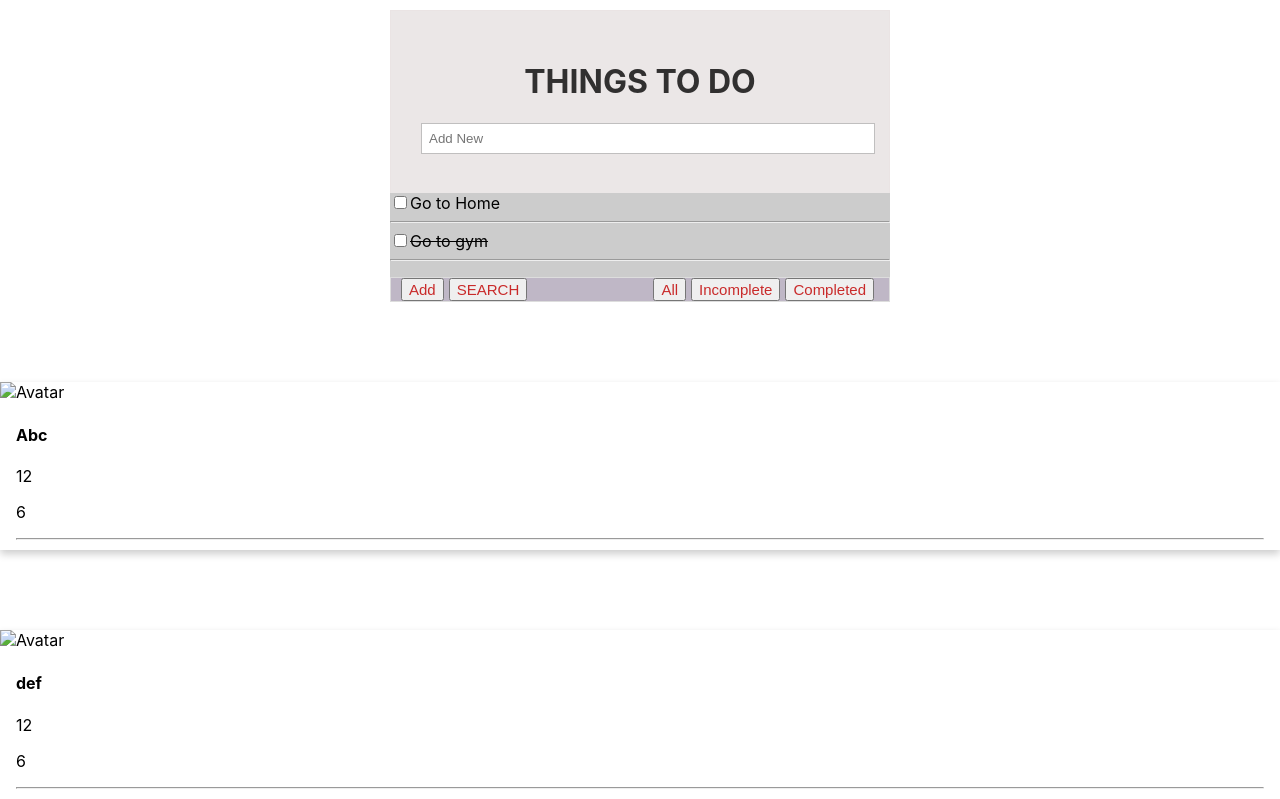
Repository: kirangautam45/To-Do-Application
Page: /
The author's editor kept a copy of each file at every save. The page is drawn from the files as they stood at one save, then again after a run of saves.
The browser window is 1280 px wide. The pictures show the whole page.
The project was rebuilt for these pictures with package versions that can differ from the ones it lists, and the page was loaded fresh each time.

Above is the page before, as saved 2022-08-12 11:46:23.

### src/App.js
import "./App.css";
import Tittle from "./components/Tittle";
import Input from "./components/Input";
import ToDoItem from "./components/ToDoItem";
import Footer from "./components/Footer";
import Cards from "./components/cards";
import React from "react";

const todos = [
  {
    task: "Go to Home",
    isCompleted: false,
  },
  {
    task: "Go to gym",
    isCompleted: true,
  },
];
const studentName = [
  { name: "Abc", rollNumber: 12, class: 6 },
  { name: "def", rollNumber: 12, class: 6 },
];

const App = () => {
  return (
    <>
      <div div className="Body">
        <div className="To_Body">
          <Tittle />
          <Input />
        </div>
        {todos.map((item, index) => (
          <ToDoItem
            key={index}
            title={item.task}
            isCompleted={item.isCompleted}
          />
        ))}
        <Footer />
      </div>
      <div>
        {studentName.map((student, index) => (
          <Cards
            key={index}
            name={student.name}
            roll={student.rollNumber}
            class={student.class}
          />
        ))}
      </div>
    </>
  );
};

export default App;

### src/App.css
.Body {
  background-color: #ccc;
 width: 500px;
 margin: 10px auto;
display: 'flex';

}
.Header{
  text-align: center;
  color:rgb(49, 48, 48);
}
.To_Body{
min-height: fit-content;
justify-content: center;
background-color: #ebe7e7;
padding: 30px;
border: 1px rgb(234, 228, 228);
    border-top-style: none;
    border-right-style: none;
    border-left-style: none;
border-style: solid solid none;
}
.Input_text{
  outline: none;
  width: 100%;
  padding: 7px;
  border: 1px solid  rgb(192, 191, 191);
  margin-bottom: 2%;
}
.Icon{
  justify-content:space-evenly;
  height: auto;
  flex-direction: row;
justify-content: space-between;
border: 1px solid #ddd;
background-color: #bfb7c6;
padding: 12px 20px;
text-decoration: line-through;
margin: 1em auto;
display: flex;
justify-content: space-between;
padding: 0 10px;
}

.Icon_right{
text-align: right;
flex-direction: row;

}
.Icon_button {
  height:auto;
  width: auto;
  align-items: left;
  color: rgb(201, 42, 42);
  font-size: 15px;
  margin-right: 5px;
  cursor: pointer;
  height: 1;
  padding: 5;
}
.Border{
  line-break: auto 1 ;
  border-radius: 1rem;
}
.Text{
  text-decoration: line-through;
    text-decoration-line: line-through;
    text-decoration-style: solid;
    text-decoration-color: currentcolor;
    text-decoration-thickness: auto;
}
.card {
  /* Add shadows to create the "card" effect */
  box-shadow: 0 4px 8px 0 rgba(0,0,0,0.2);
  transition: 0.3s;
  margin-block-start:5rem;
}

/* On mouse-over, add a deeper shadow */
.card:hover {
  box-shadow: 0 8px 16px 0 rgba(0,0,0,0.2);
}

/* Add some padding inside the card container */
.container {
  padding: 2px 16px;
  margin: auto;
}

### src/components/Tittle.js
import React from 'react'

const Tittle = () => {
  return (
    <div>
      <h1 className="Header"> THINGS TO DO</h1>
    </div>
  )
}

export default Tittle

### src/components/Input.js
import React from 'react'

const Input = () => {
  return (
    <div>
      <input className="Input_text" placeholder="Add New" />
    </div>
  )
}

export default Input

### src/components/ToDoItem.js
import React from "react";

const ToDoItem = (props) => {
  return (
    <div className="Box">
      <input type="checkbox" />
      <span className={`${props.isCompleted ? "Text" : ""}`}>
        {props.title}{" "}
      </span>
      <hr />
    </div>
  );
};

export default ToDoItem;

### src/components/Footer.js
import React from 'react'

const Footer = () => {
  return (
    <div>
          <div className="Icon">
              <div>
                <button className="Icon_button">Add</button>
                <button className="Icon_button">SEARCH</button>
              </div>
              <div className="Icon_right">
                <button className="Icon_button">All</button>
                <button className="Icon_button">Incomplete</button>
                <button className="Icon_button">Completed</button>
              </div>
          </div>
    </div>
  )
}

export default Footer

### src/components/cards.js
import React from "react";

const cards = (props) => {
  return (
    <div class="card">
      <img src={props.image} alt="Avatar" width={100} />
      <div class="container">
        <h4>
          <b>{props.name}</b>
        </h4>
        <p>{props.roll}</p>
        <p>{props.class}</p>
        <hr />
      </div>
    </div>
  );
};

export default cards;

Loaded but not shown: public/index.html (common file); src/index.js (common file); src/index.css (common file)

After the next 5 saves:
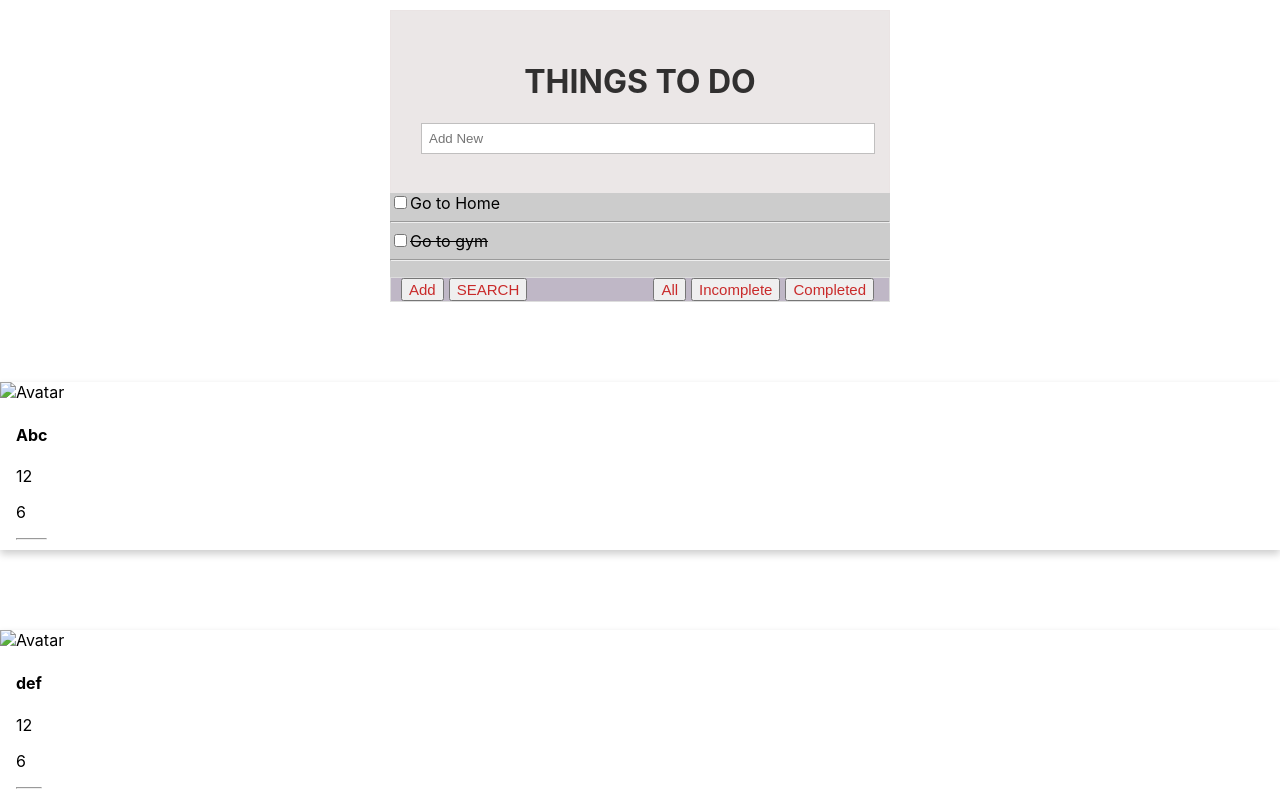
The 5 saves are shown as one change because they came seconds apart.
The last was saved 18 s later.
--- a/src/App.css
+++ b/src/App.css
@@ -84,5 +84,5 @@
 /* Add some padding inside the card container */
 .container {
   padding: 2px 16px;
-  margin: auto;
+  width: max-content;
 }

After the save that followed:
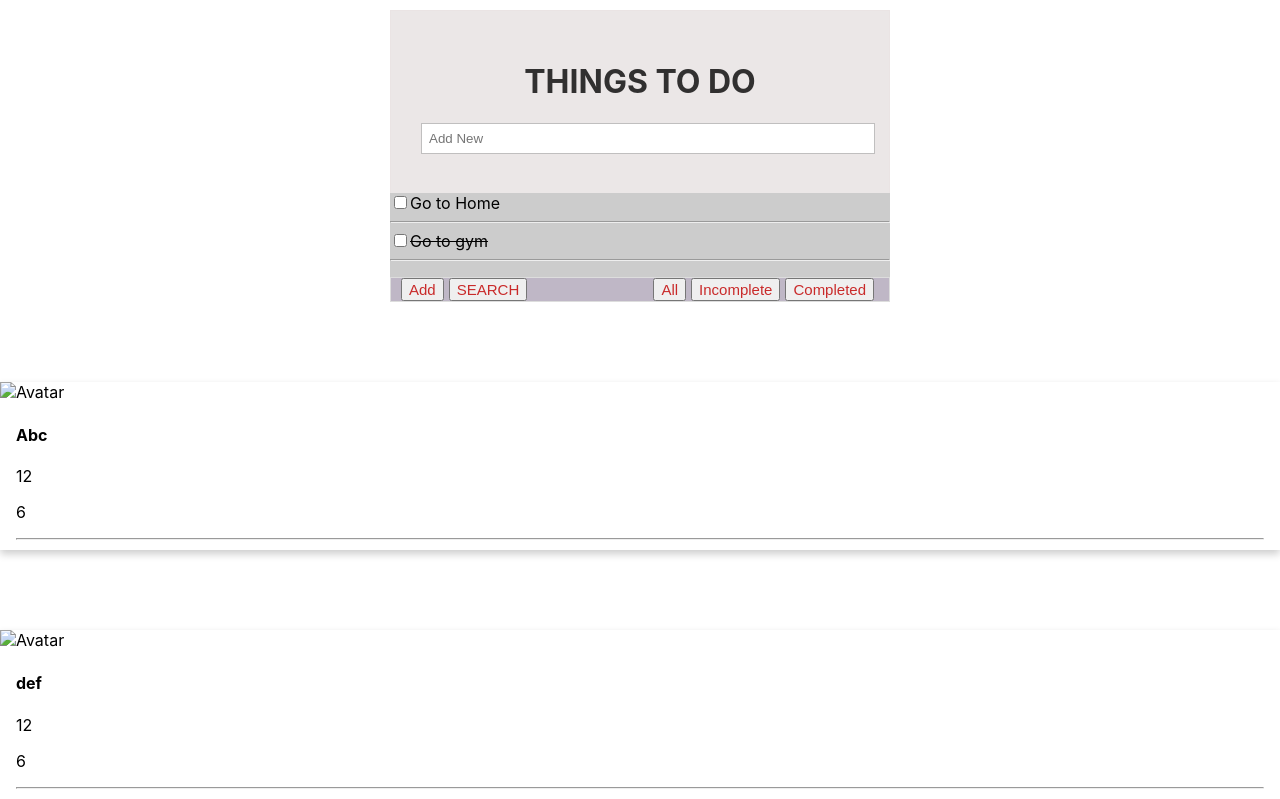
Saved 5 s later.
--- a/src/App.css
+++ b/src/App.css
@@ -84,5 +84,5 @@
 /* Add some padding inside the card container */
 .container {
   padding: 2px 16px;
-  width: max-content;
+  width: ;
 }
